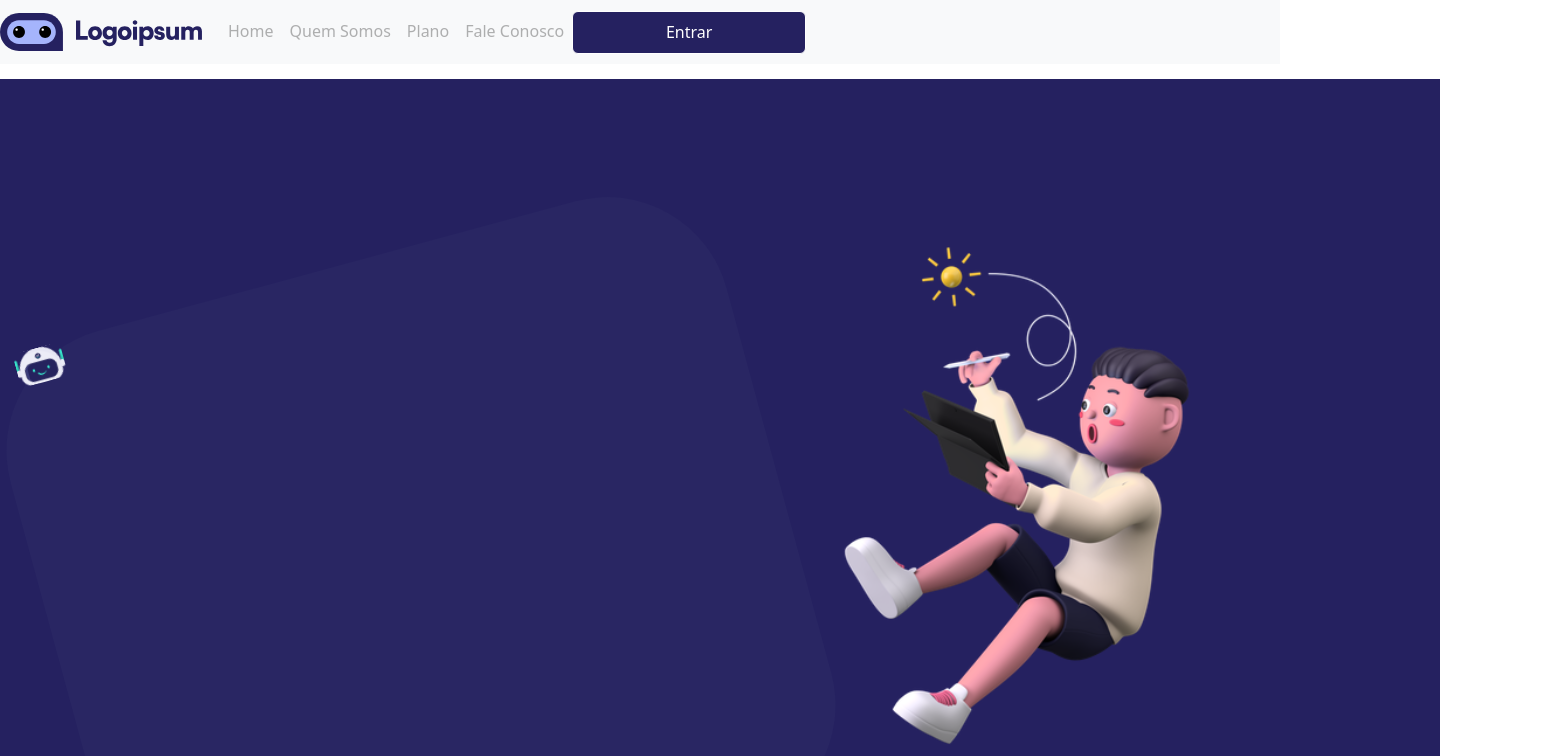
Repository: Williamlmachado/Desafio-Landing-page
Page: index.html
An editor plug-in stored every save of this project. The page is shown before and after the next save, followed by the edit.
The browser window is 1280 px wide. The page is 1562 px wide, so the pictures cover 1562 px, including what lies to the right of the window. The pictures show the part of the page from y = 0 to 756 px (the page is 3714 px tall).

Above is the page before, as saved 2021-11-08 17:55:04.

### index.html
<!DOCTYPE html>
<html lang="en">

<head>
  <meta charset="UTF-8">
  <meta http-equiv="X-UA-Compatible" content="IE=edge">
  <meta name="viewport" content="width=device-width, initial-scale=1.0">
  <link href="https://cdn.jsdelivr.net/npm/bootstrap@5.1.3/dist/css/bootstrap.min.css" rel="stylesheet"
    integrity="sha384-1BmE4kWBq78iYhFldvKuhfTAU6auU8tT94WrHftjDbrCEXSU1oBoqyl2QvZ6jIW3" crossorigin="anonymous">
  <link rel="stylesheet" href="style.css">
  <script src="https://cdn.jsdelivr.net/npm/bootstrap@5.1.3/dist/js/bootstrap.bundle.min.js"
    integrity="sha384-ka7Sk0Gln4gmtz2MlQnikT1wXgYsOg+OMhuP+IlRH9sENBO0LRn5q+8nbTov4+1p"
    crossorigin="anonymous"></script>
  <title>Document</title>

<body>
  <nav class="navbar navbar-expand-lg navbar-light bg-light">
    <a class="navbar-brand" href="#">
      <img src="img/logoipsum-logo-40 2.svg" alt="logo">
    </a>
    <button class="navbar-toggler" type="button" data-toggle="collapse" data-target="#navbarNav" aria-controls="navbarNav" aria-expanded="false" aria-label="Toggle navigation">
      <span class="navbar-toggler-icon"></span>
    </button>
    <nav>
    <div class="collapse navbar-collapse" id="navbarNav">
      <ul class="navbar-nav">
      <nav class="navbar-nav ml-auto">
        <li class="nav-item">
          <a class="nav-link disabled" href="#">Home <span class="sr-only"></span></a>
        </li>
        <li class="nav-item">
          <a class="nav-link disabled" href="#">Quem Somos</a>
        </li>
        <li class="nav-item-right">
          <a class="nav-link disabled" href="#">Plano</a>
        </li>
        <li class="nav-item">
          <a class="nav-link disabled" href="#">Fale Conosco</a>
        </li>
        <li class="nav-item">
          <button class="nav-button" type="button">Entrar</button>
        </li>
      </nav>
      </ul>
    </div>
  </nav>
    <div class="retangle-1">
      <div class="row">
          <div class="retangle-8">
           <div class="col"><img class="spaceboy" src="img/image 3.svg" alt="astronauta"></div>
          </div>
          </div>
        <div class="col"><img class="boy" src="img/image 8.svg" alt="garoto"></div>
     </div>
    </div>
  <div class="retangle-2">
    <div class="escolas">
    <img src="img/Captura de Tela 2021-05-22 às 02.33 1.svg" alt="escolas">
  </div>
  <div class="row">
    <div class="col"><img class="smallogos" src="img/Group 53.svg" alt="smallogos"><p class="group12"><img class="group12" src="img/Group 12.svg"></p><p><img class="group13" src="img/Group 13.svg"></p><p><img class="group14" src="img/Group 14.svg"></p></div>
    <div class="col"><img class="adolescente" src="img/pretty-teenager-happy-to-be-back-at-university 1.svg" alt="prettyteenager"></div>
  </div>
  <div class="retangle-3">
    </div>
  </div>
  </div>
  <footer id="footer" class="py-5">
    <div class="row">
      <div class="col-md-5">
        <img class="" src="img/logoipsum-logo-40 2.svg" alt="logo">
        <div><img class=""src="img/Captura de Tela 2021-05-25 às 19.59 1.svg" alt="androideios"></div>
      </div>
      <div class="col-sm-2">
        <h5>Localização</h5>
        <p>Av. Brg. Faria Lima , 1422 São Paulo - SP </p>
      </div>
      <div class="col-sm-2">
        <h5>Fale Conosco</h5>
        <p>(22) 4442-0126</p>
        <p>info@digihouse.com</p>
      </div>
      <div class="col-sm-2">
        <h5>Política</h5>
        <p>Direitos autorais</p>
        <p>Termos de uso</p>
        <p>Políticas de Privacidade</p>
      </div>
      <hr class="linha">
      <!-- <img class="copyright" src="img/Copyright.svg" alt="copyright"> -->
<span>Copyright 2021. All Right Reserved </span>
  </footer>
  </div>
</body>
</head>
</html>

### style.css
.nav-button{
    display: flex;
    flex-direction: row;
    justify-content: center;
    align-items: center;
    padding: 15px 116px;

    width: 133px;
    height: 43px;
    left: 1239px;
    top: 18px;

    /* Primary */
    background: #252160;

    /* Branco */
    border: 1px solid #FFFFFF;
    box-sizing: border-box;
    border-radius: 6px;
    color: #FFFFFF;
}

.nav-home{
    position: absolute;
    width: 46px;
    height: 22px;
    left: 5px;
    top: 0px;

    font-family: Inter;
    font-style: normal;
    font-weight: bold;
    font-size: 16px;
    line-height: 22px;

    /* identical to box height, or 137% */

    /* Primary */
    color: #252160;
}

.navbrad-brand{
    position: absolute;
    left: 58.02%;
    right: 35.2%;
    top: 34.99%;
    bottom: 29.03%;

    /* Primary */
    background: #252160;
}

#footer{
    position: absolute;
    width: 1550px;
    height: 373px;
    /* left: calc(50% - 1449px/2 + 4.5px); */
    top: calc(50% - 373px/2 + 2603.5px);

    /* Branco */
    background: #FFFFFF;
}

.imagemfooter{
    position: absolute;
    left: 3.51%;
    right: 72.51%;
    top: 18.75%;
    bottom: 18.75%;
    color: #A5B4FC;
}

.linha{
    margin-top: 150px;
    position: absolute;
    width: 1210px;
    left: 135px;
    border: 1px solid rgba(84, 84, 212, 0.34);
}

.col-md-5{
    align-items: center;
    align-content: center;
}

.copyright{

}

.retangle-1{
    position: absolute;
    width: 1440px;
    height: 821px;
    left: 0px;
    top: 79px;

    /* Primary */
    background: #252160;
}

.spaceboy{
    width: 50.02px;
    height: 36.06px;
    left: 120px;
    right: 204px;
    flex: none;
    order: 0;
    flex-grow: 0;
    margin: 0px 23px;
}

.retangle-2{
    position: absolute;
    width: 1440px;
    height: 821px;
    left: 0px;
    top: 900px;
    background: #ffff;
}
.retangle-3{
    position: absolute;
width: 1440px;
height: 954px;
left: 0px;
top: 1860px;

background: #F8F8F8
}

.escolas{
    position: absolute;
    width: 1270px;
    height: 164px;
    left: 66px;
    top: 35px;
}

.adolescente{
    position: relative;
    width: 600px;
    height: 738px;
    left: 25px;
    top: 105px;
    flex: none;
    order: 0;
    flex-grow: 0;
    margin: 6px 0px;
}

.smallogos{
    position: absolute;
    width: 67.79px;
    height: 403.63px;
    left: 112px;
    top: 275px;
}

.group12{
    position: absolute;
    width: 510.72px;
    height: 141px;
    left: 80px;
    top: 220px;
}

.group13{
    position: absolute;
    width: 510.72px;
    height: 155px;
    left: 195px;
    top: 275px;
}

.group14{
    position: absolute;
    width: 510.72px;
    height: 131px;
    left: 214px;
    top: 618px;
}

.boy{
    position: absolute;
    left: 763px;
    right: 143px;
    top: 153px;
    bottom: 120px;

}

.retangle-8{
    /* Rectangle 8 */

position: absolute;
width: 741.6px;
height: 645.98px;
left: 50px;
top: 176px;

background: #292663;
border-radius: 124px;
transform: rotate(-15.22deg);
}

After the next save:
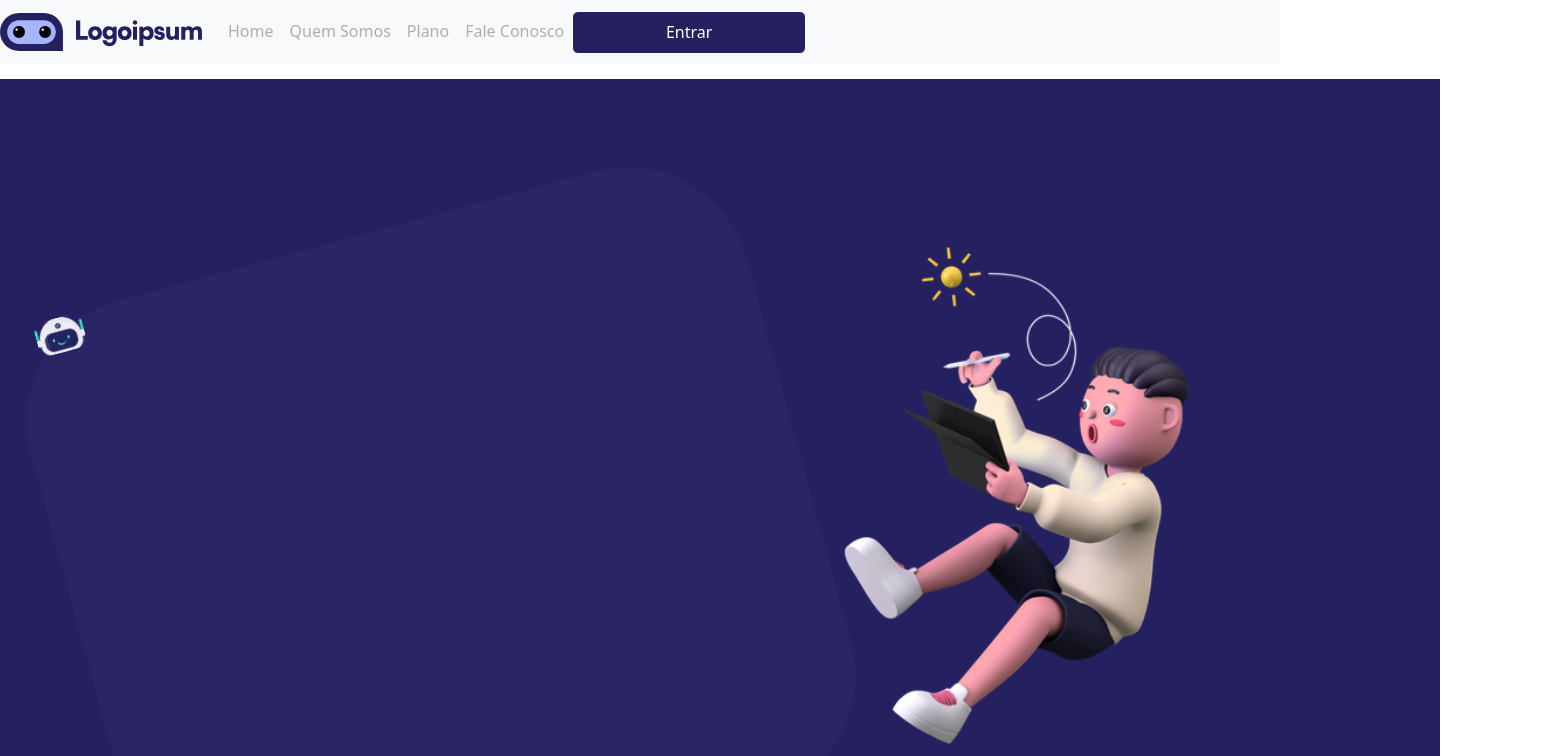
Saved 21 s later.
--- a/style.css
+++ b/style.css
@@ -194,8 +194,8 @@
 position: absolute;
 width: 741.6px;
 height: 645.98px;
-left: 50px;
-top: 176px;
+left: 70px;
+top: 146px;
 
 background: #292663;
 border-radius: 124px;
